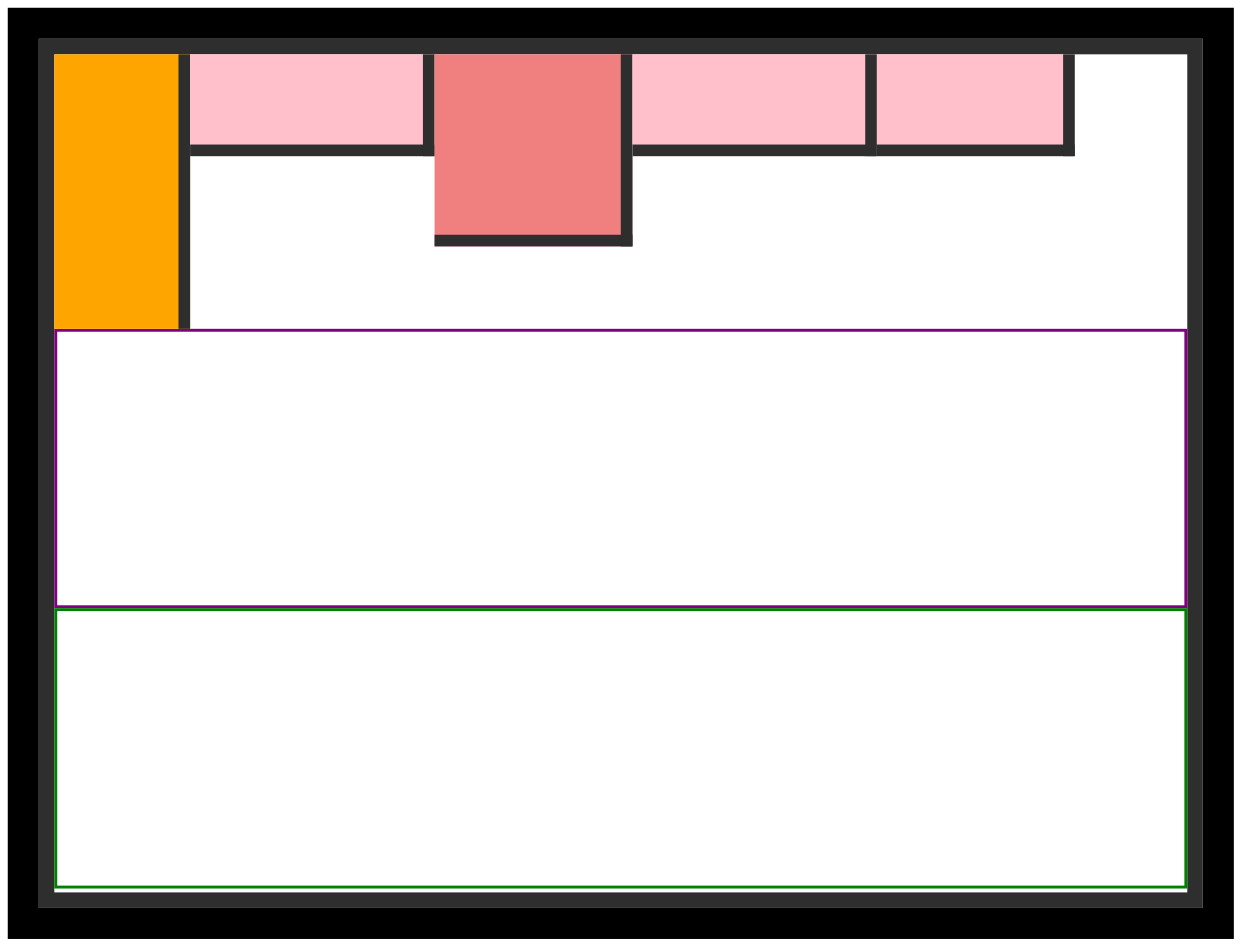
Repository: Tsardines/mondrian
Page: index.html
The author's editor kept a copy of each file at every save. The page is drawn from the files as they stood at one save, then again after the next save.
The browser window is 1280 px wide. The pictures show the whole page, at 97% of full size.
Some web fonts or font styles are not loaded; a fallback is used.

Above is the page before, as saved 2019-10-20 16:23:10.

### index.html
<!DOCTYPE html>
<html>
  <head>
    <meta charset="UTF-8">
  <meta http-equiv="X-UA-Compatible" content="IE=edge,chrome=1">
  <meta name="viewport" content="width=device-width,initial-scale=1">
    <title>title</title>
  <meta name="author" content="name">
  <meta name="description" content="description here">
  <meta name="keywords" content="keywords,here">
  <link rel="stylesheet" href="//fonts.googleapis.com/css?family=font1|font2|etc" type="text/css">
  <link rel="stylesheet" href="styles.css" type="text/css">
  </head>
  <body>

    <div id="canvas">
        <div class="grid__container">
            <div class="grid__top">
                <div class="rect--vert"></div>
                <div class="rect--hori"></div>
                <div class="sq--hori"></div>
                <div class="rect--hori"></div>
                <div class="rect--hori--mini"></div>

            </div>
            <div class="grid__middle">



            </div>
            <div class="grid__bottom">



            </div>
    </div>
</div>

  </body>
</html>

### styles.css
#canvas {
    border: 2rem solid black;
    /* display: block; */
    height: 56rem;
}

.grid__container {
    border: 1rem solid rgb(46, 46, 46);
    height: 54rem;
}

.grid__top {
    /* border: 3px solid red; */
    display: flex;
    height: 32.7%;
}

.grid__middle {
    border: 3px solid purple;
    height: 32.7%;
}

.grid__bottom {
    border: 3px solid green;
    height: 32.7%;
}

.rect--vert {
    background-color: orange;
    border-right: 0.75rem solid rgb(46, 46, 46);
    height: 100%;
    width: 8rem;
}

.rect--hori {
    background-color: pink;
    border-bottom: 0.75rem solid rgb(46, 46, 46);
    border-right: 0.75rem solid rgb(46, 46, 46);
    height: 33%;
    width: 15rem;
}

.sq--hori {
    background-color: lightcoral;
    border-bottom: 0.75rem solid rgb(46, 46, 46);
    border-right: 0.75rem solid rgb(46, 46, 46);
    height: 66%;
    width: 12rem;
}

.rect--hori--mini {
    background-color: pink;
    border-bottom: 0.75rem solid rgb(46, 46, 46);
    border-right: 0.75rem solid rgb(46, 46, 46);
    height: 33%;
    width: 12rem;
}

.sq {
    background-color: brown;
    height: 25%;
    width: 15%;
}

After the next save:
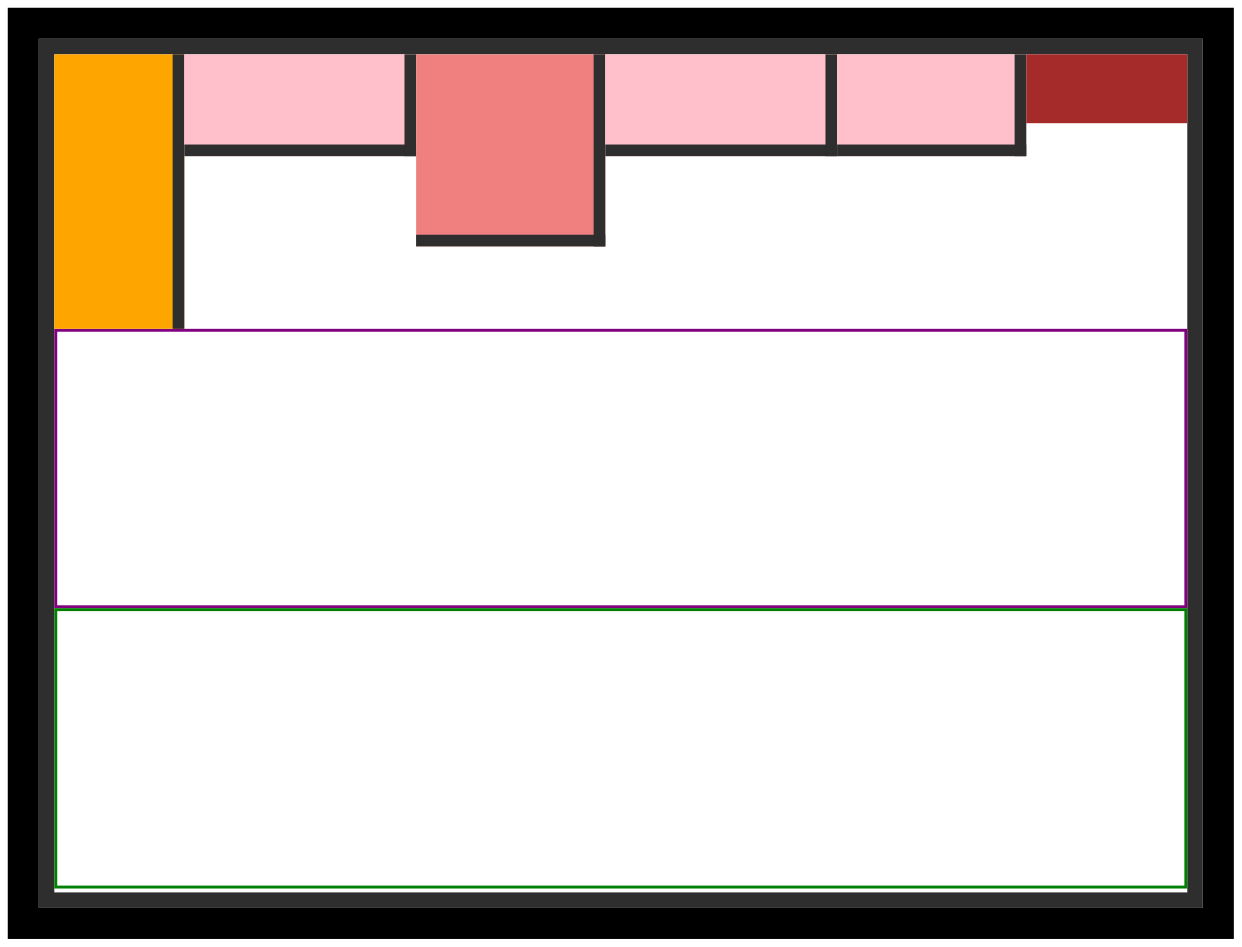
Saved 4 s later.
--- a/index.html
+++ b/index.html
@@ -21,7 +21,7 @@
                 <div class="sq--hori"></div>
                 <div class="rect--hori"></div>
                 <div class="rect--hori--mini"></div>
-
+                <div class="sq"></div>
             </div>
             <div class="grid__middle">
 
